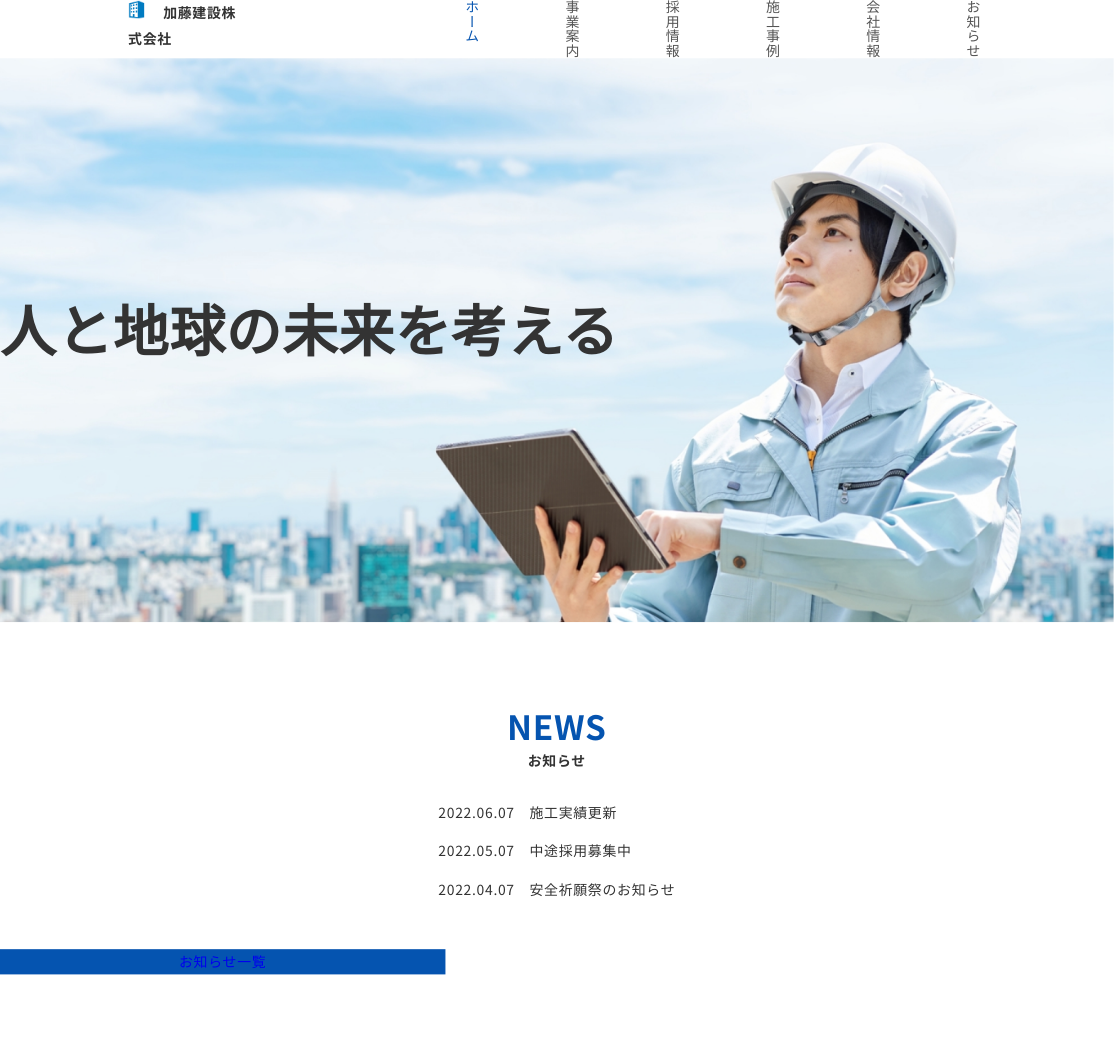
Repository: nozomi-23/hp1_test
Page: index.html
An editor plug-in stored every save of this project. The page is shown before and after the next save, followed by the edit.
The browser window is 1280 px wide. The pictures show the whole page, at 87% of full size.

Above is the page before, as saved 2022-06-12 11:12:24.

After the next save:
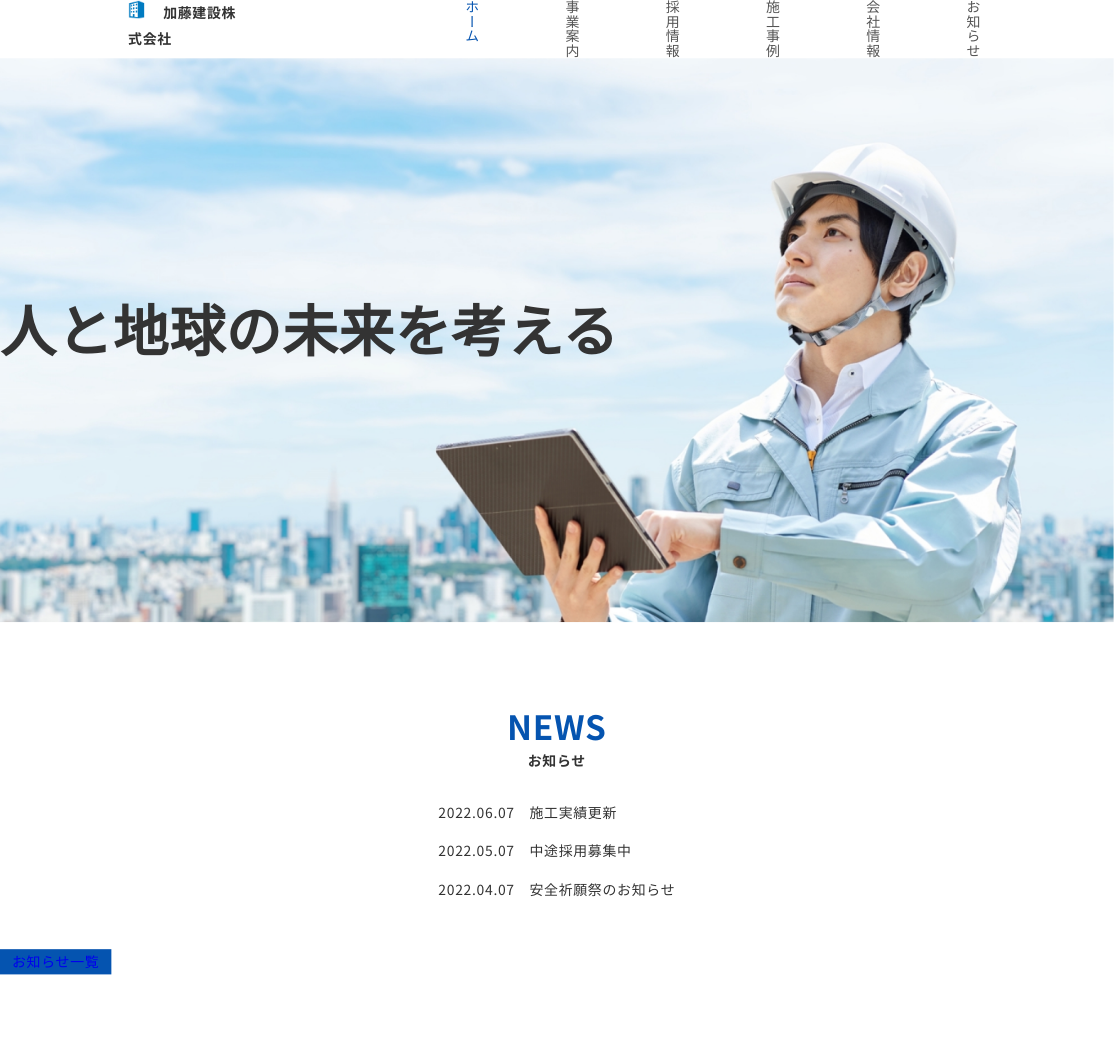
Saved 10 s later.
--- a/css/common1.css
+++ b/css/common1.css
@@ -34,5 +34,5 @@ a {
 .btn {
   color: #fff;
   background-color: #0554B0;
-  width: 40%;
+  width: 10%;
 }
